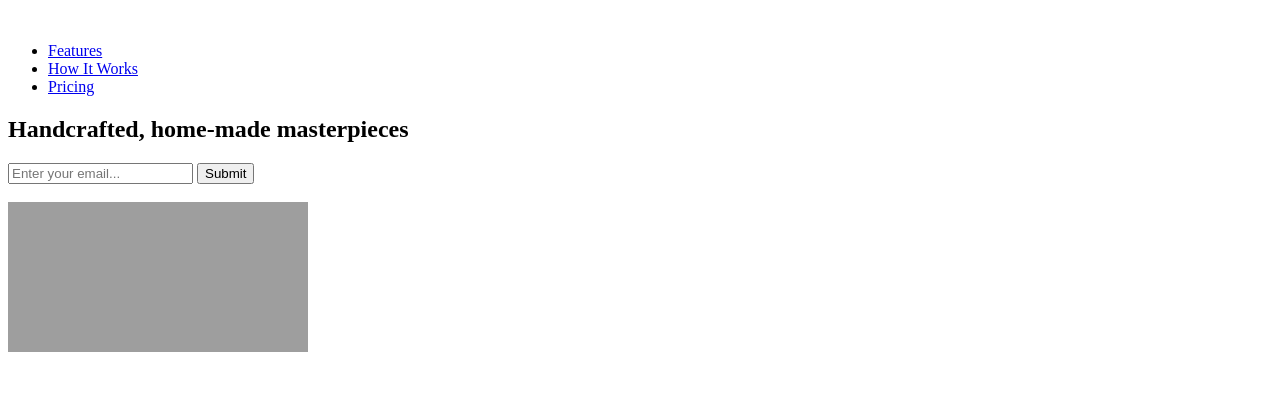
Repository: Lungdjos/product_landing_page_certification
Page: index.html
These files come from the project's save history. The page is drawn as it stood at one moment and after a run of saves; the edit follows.
The browser window is 1280 px wide. The pictures show the whole page.
Pictures or frames that could not be fetched are drawn as grey boxes.

Above is the page before, as saved 2023-12-17 23:40:04.

### index.html
<!DOCTYPE html>
<html lang="en">

<head>
    <meta charset="UTF-8">
    <meta name="viewport" content="width=device-width, initial-scale=1.0">
    <title>Product Landing Page</title>
    <link rel="stylesheet" href="./styles.css">
</head>

<body>
    <header id="header">
        <img src="" alt="" id="header-img">
        <nav id="nav-bar">
            <ul>
                <li>
                    <a href="#features" class="nav-link">Features</a>
                </li>
                <li>
                    <a href="#how-it-works" class="nav-link">How It Works</a>
                </li>
                <li>
                    <a href="#pricing" class="nav-link">Pricing</a>
                </li>
            </ul>
        </nav>
    </header>
    <main>
        <section id="home">
            <h2 id="title">Handcrafted, home-made masterpieces</h2>
            <form action="https://www.freecodecamp.com/email-submit" id="form">
                <input type="email" id="email" name="email" placeholder="Enter your email...">
                <input type="submit" id="submit">
            </form>
        </section>
        <section id="features">
            <div class="first-feature">
                <img src="" alt="" class="ft-img">

            </div>

        </section>
        <section id="how-it-works">
            <iframe src="https://www.youtube.com/watch?v=Ngyygp2oSRk" title="miraclous healing" frameborder="0" id="video"></iframe>
        </section>
        <section id="pricing"></section>
    </main>
</body>

</html>

</html>

</html>

### styles.css
/* Page Stylings */

* {
    box-sizing: border-box;
}

After the next 4 saves:
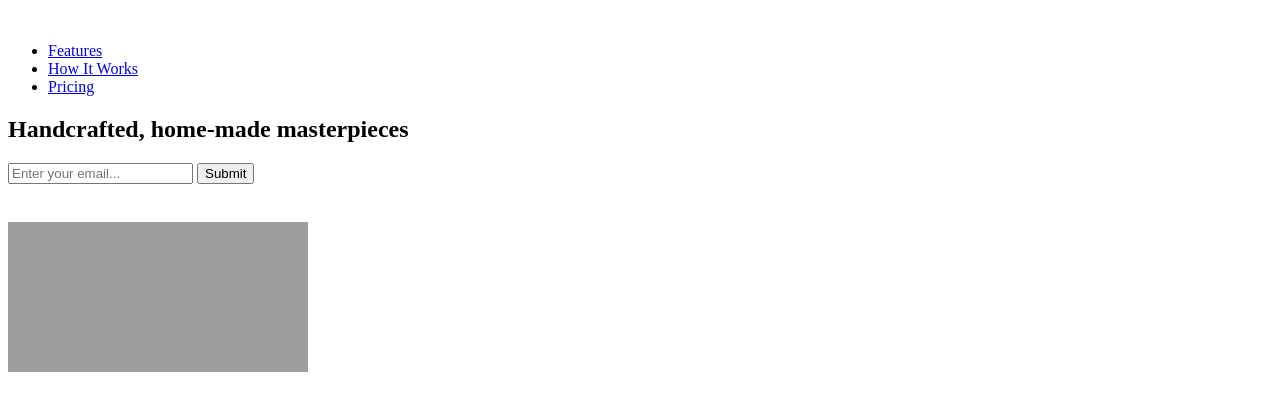
The 4 saves are shown as one change because they came seconds apart.
The last was saved 12 s later.
--- a/index.html
+++ b/index.html
@@ -36,7 +36,7 @@
         <section id="features">
             <div class="first-feature">
                 <img src="" alt="" class="ft-img">
-
+                <h2 class="ft-heading"></h2>
             </div>
 
         </section>
